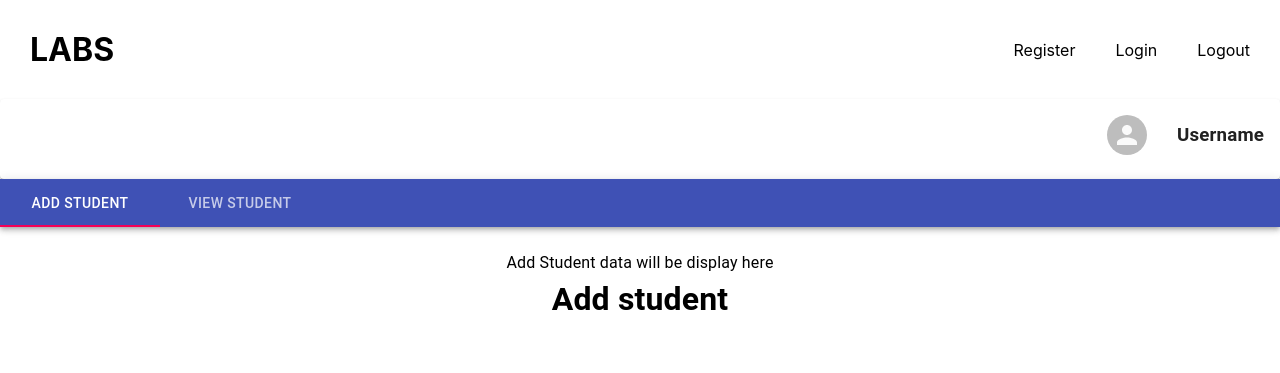
Repository: Prafullkuma/labsdata
Page: /admin
The author's editor kept a copy of each file at every save. The page is drawn from the files as they stood at one save, then again after the next save.
The browser window is 1280 px wide. The pictures show the whole page.
The project was rebuilt for these pictures with package versions that can differ from the ones it lists, and the page was loaded fresh each time. Also part of the build but not shown: src/App.css, src/Component/Student/ViewStudent.js, src/Component/Main.js, src/Auth/Login.js, src/Auth/Signup.js, src/Auth/Logout.js.

Above is the page before, as saved 2020-08-25 10:17:58.

After the next save:
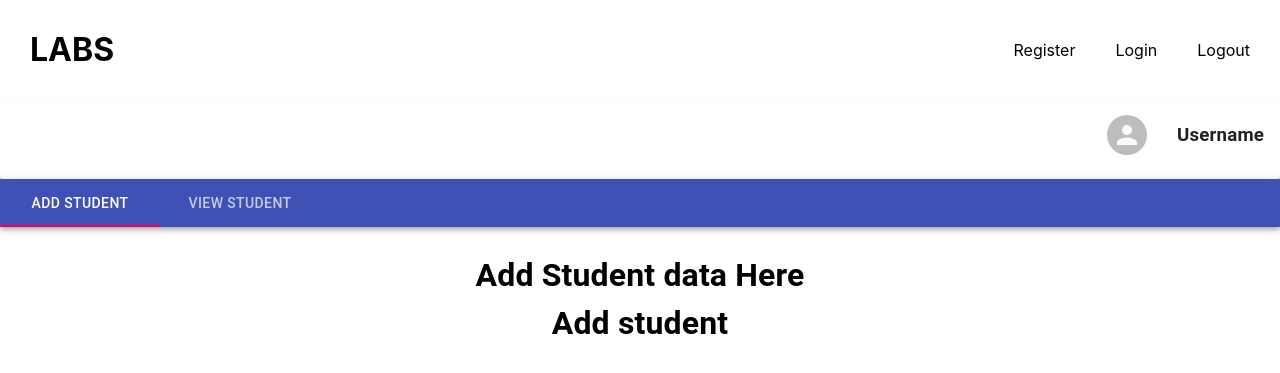
Saved 50 s later.
--- a/src/Component/Details/Details.js
+++ b/src/Component/Details/Details.js
@@ -62,7 +62,7 @@ function Details() {
                 </AppBar>
             </div>
             <TabPanel value={value} index={0}>
-                Add Student data will be display here
+                <h1>  Add Student data Here</h1>
                 <Addstudent />
             </TabPanel>
             <TabPanel value={value} index={1}>
